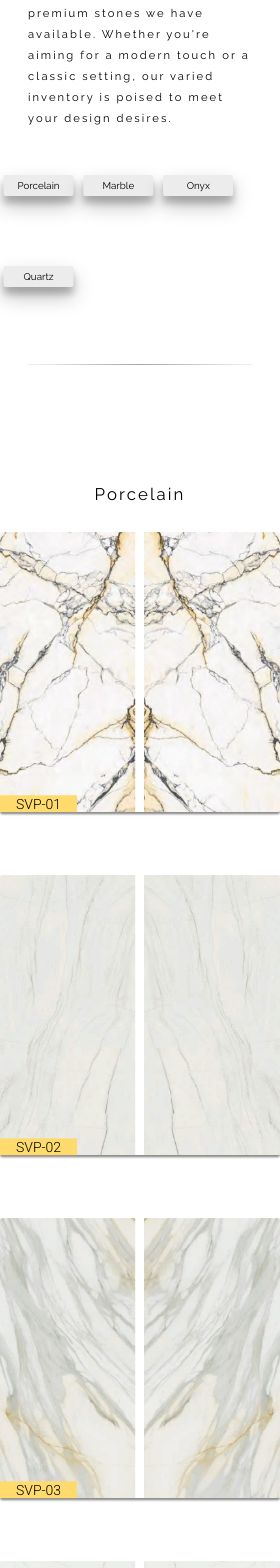
Repository: shayanabedi98/Stones-Village
Page: inventory.html
These files come from the project's save history. The page is drawn as it stood at one moment and after the next save; the edit follows.
The browser window is 375 px wide. The page is 400 px wide, so the pictures cover 400 px, including what lies to the right of the window. The pictures show the part of the page from y = 623 to 2863 px (the page is 27723 px tall before and 27593 px after), at 70% of full size.

Above is the page before, as saved 2023-11-06 17:22:12.
Console error: TypeError: Cannot read properties of null (reading 'style')

### inventory.html
<!DOCTYPE html>
<html lang="en">
<head>
    <meta charset="UTF-8">
    <meta name="viewport" content="width=device-width, initial-scale=1.0">
    <meta name="description" content="Stones Village: Premier stone supplier, fabricator, and installer in Concord, Ontario. Experience superior quality and craftsmanship in stone fabrication.">
    <meta name="keywords" content="Stones Village, Stone Supplier Concord, Ontario, Granite, Marble, Onyx, Quartz, Porcelain, Stone Fabrication">
    <title>Stones Village | Inventory</title>
    <link rel="preconnect" href="https://fonts.googleapis.com">
    <link rel="preconnect" href="https://fonts.gstatic.com" crossorigin>
    <link href="https://fonts.googleapis.com/css2?family=Raleway&display=swap" rel="stylesheet">
    <link rel="icon" href="./resources/sv-cube.png" type="image/png">
    <link rel="shortcut icon" href="./resources/sv-cube.png" type="image/png">
    <link rel="stylesheet" href="styles.css">
    <link rel="stylesheet" href="media.css">
    <link rel="preconnect" href="https://fonts.googleapis.com">
    <link rel="preconnect" href="https://fonts.gstatic.com" crossorigin>
    <link href="https://fonts.googleapis.com/css2?family=Roboto:wght@300&display=swap" rel="stylesheet">
</head>
<body class="inventory-body">
    <div class="navbar">
        <div class="logo">
            <img id="logo-name" src="./resources/sv-name.png" alt="Company name">
            <img id="logo-cube" src="./resources/sv-cube.png" alt="Company logo">
        </div>
        <div class="navbar-menu">
            <ul>
                <li><a href="./">Home</a></li>
                <li><a href="./inventory">Inventory</a></li>
                <li><a href="./gallery">Gallery</a></li>
                <li><a href="./about-us">About Us</a></li>
                <li><a href="./contact">Contact</a></li>
            </ul>
            <div class="phone-menu-button">
                <img src="./resources/align-justify-svgrepo-com.png" alt="Menu Button">
            </div>
            <div class="close-navbar-menu-mobile">
                <img src="./resources/close-svgrepo-com.png" alt="Close menu button">
            </div>
        </div>
        <div class="navbar-menu-mobile">
            <ul>
                <li><a href="./">Home</a></li>
                <li><a href="./inventory">Inventory</a></li>
                <li><a href="./gallery">Gallery</a></li>
                <li><a href="./about-us">About Us</a></li>
                <li><a href="./contact">Contact</a></li>
            </ul>
            <div class="navbar-links-mobile">
                <button id="tel">
                    <a href="tel:+14372375062">
                        <img src="./resources/icons8-phone-100.png" alt="Contact By Number">
                    </a>
                </button>
                <button id="instagram">
                    <a target="_blank" href="https://www.instagram.com/stonesvillage/">
                        <img src="./resources/iglogo.png" alt="Visit Instagram page">
                    </a>
                </button>
            </div>
        </div>
        <div class="navbar-links">
            <!-- <button id="tel">
                <a href="tel:+14372375062">
                    <img src="./resources/icons8-phone-100.png" alt="Contact By Number">
                    437 237 5062
                </a>
            </button> -->
            <button id="instagram">
                <a target="_blank" href="https://www.instagram.com/stonesvillage/">
                    <img src="./resources/iglogo.png" alt="Visit Instagram page">
                </a>
            </button>
        </div>
    </div>
    <div class="inventory-container">
        <div class="inventory-text">
            <h1>Inventory Showcase</h1>
            <p>Dive into our carefully curated inventory, where each stone speaks of nature's unparalleled beauty and grandeur. Presented in an organized grid, each square reveals a unique stone with its distinct patterns, colors, and textures crafted by nature over countless years. This layout is designed for easy exploration, enabling you to swiftly navigate and choose from the premium stones we have available. Whether you're aiming for a modern touch or a classic setting, our varied inventory is poised to meet your design desires.</p>
        </div>
        <div class="mini-nav">
            <div class="mini-nav-buttons">
                <a class="smooth-scroll" href="#porcelain"><button>Porcelain</button></a>
                <a class="smooth-scroll" href="#marble"><button>Marble</button></a>
                <a class="smooth-scroll" href="#onyx"><button>Onyx</button></a>
                <a class="smooth-scroll" href="#quartz"><button>Quartz</button></a>
            </div>
        </div>
        <div class="inventory-showcase">
            <hr id="porcelain">
            <h2>Porcelain</h2>
            <div class="porcelain">
                <div class="item-p svp-01">
                    <p class="name">SVP-01</p>
                </div>
                <div class="item-p svp-02">
                    <p class="name">SVP-02</p>
                </div>
                <div class="item-p svp-03">
                    <p class="name">SVP-03</p>
                </div>
                <div class="item-p svp-04">
                    <p class="name">SVP-04</p>
                </div>
                <div class="item-p svp-05">
                    <p class="name">SVP-05</p>
                </div>
                <div class="item-p svp-06">
                    <p class="name">SVP-06</p>
                </div>
                <div class="item-p svp-07">
                    <p class="name">SVP-07</p>
                </div>
                <div class="item-p svp-08">
                    <p class="name">SVP-08</p>
                </div>
                <div class="item-p svp-09">
                    <p class="name">SVP-09</p>
                </div>
                <div class="item-p svp-10">
                    <p class="name">SVP-10</p>
                </div>
                <div class="item-p svp-11">
                    <p class="name">SVP-11</p>
                </div>
                <div class="item-p svp-12">
                    <p class="name">SVP-12</p>
                </div>
                <div class="item-p svp-13">
                    <p class="name">SVP-13</p>
                </div>
                <div class="item-p svp-14">
                    <p class="name">SVP-14</p>
                </div>
                <div class="item-p svp-15">
                    <p class="name">SVP-15</p>
                </div>
                <div class="item-p svp-16">
                    <p class="name">SVP-16</p>
                </div>
                <div class="item-p svp-17">
                    <p class="name">SVP-17</p>
                </div>
                <div class="item-p svp-18">
                    <p class="name">SVP-18</p>
                </div>
                <div class="item-p svp-19">
                    <p class="name">SVP-19</p>
                </div>
            </div>
            <hr id="marble">
            <h2>Marble</h2>
            <div class="marble">
                <div class="item svm-01">
                    <p class="name">SVM-01</p>
                </div>
                <div class="item svm-02">
                    <p class="name">SVM-02</p>
                </div>
                <div class="item svm-03">
                    <p class="name">SVM-03</p>
                </div>
                <div class="item svm-04">
                    <p class="name">SVM-04</p>
                </div>
            </div>
            <hr id="onyx">
            <h2>Onyx</h2>
            <div class="onyx">
                <div class="item svo-01">
                    <p class="name">SVO-01</p>
                </div>
                <div class="item svo-02">
                    <p class="name">SVO-02</p>
                </div>
                <div class="item svo-03">
                    <p class="name">SVO-03</p>
                </div>
                <div class="item svo-04">
                    <p class="name">SVO-04</p>
                </div>
                <div class="item svo-05">
                    <p class="name">SVO-05</p>
                </div>
                <div class="item svo-06">
                    <p class="name">SVO-06</p>
                </div>
                <div class="item svo-07">
                    <p class="name">SVO-07</p>
                </div>
                <div class="item svo-08">
                    <p class="name">SVO-08</p>
                </div>
                <div class="item svo-09">
                    <p class="name">SVO-09</p>
                </div>
                <div class="item svo-10">
                    <p class="name">SVO-10</p>
                </div>
                <div class="item svo-11">
                    <p class="name">SVO-11</p>
                </div>
                <div class="item svo-12">
                    <p class="name">SVO-12</p>
                </div>
                <div class="item svo-13">
                    <p class="name">SVO-13</p>
                </div>
                <div class="item svo-14">
                    <p class="name">SVO-14</p>
                </div>
                <div class="item svo-15">
                    <p class="name">SVO-15</p>
                </div>
                <div class="item svo-16">
                    <p class="name">SVO-16</p>
                </div>
                <div class="item svo-17">
                    <p class="name">SVO-17</p>
                </div>
                <div class="item svo-18">
                    <p class="name">SVO-18</p>
                </div>
                <div class="item svo-19">
                    <p class="name">SVO-19</p>
                </div>
                <div class="item svo-20">
                    <p class="name">SVO-20</p>
                </div>
                <div class="item svo-21">
                    <p class="name">SVO-21</p>
                </div>
                <div class="item svo-22">
                    <p class="name">SVO-22</p>
                </div>
                <div class="item svo-23">
                    <p class="name">SVO-23</p>
                </div>
                <div class="item svo-24">
                    <p class="name">SVO-24</p>
                </div>
                <div class="item svo-25">
                    <p class="name">SVO-25</p>
                </div>
                <div class="item svo-26">
                    <p class="name">SVO-26</p>
                </div>
                <div class="item svo-27">
                    <p class="name">SVO-27</p>
                </div>
                <div class="item svo-28">
                    <p class="name">SVO-28</p>
                </div>
                <div class="item svo-29">
                    <p class="name">SVO-29</p>
                </div>
                <div class="item svo-30">
                    <p class="name">SVO-30</p>
                </div>
                <div class="item svo-31">
                    <p class="name">SVO-31</p>
                </div>
                <div class="item svo-32">
                    <p class="name">SVO-32</p>
                </div>
                <div class="item svo-33">
                    <p class="name">SVO-33</p>
                </div>
                <div class="item svo-34">
                    <p class="name">SVO-34</p>
                </div>
                <div class="item svo-35">
                    <p class="name">SVO-35</p>
                </div>
                <div class="item svo-36">
                    <p class="name">SVO-36</p>
                </div>
                <div class="item svo-37">
                    <p class="name">SVO-37</p>
                </div>
                <div class="item svo-38">
                    <p class="name">SVO-38</p>
                </div>
                <div class="item svo-39">
                    <p class="name">SVO-39</p>
                </div>
            </div>
            <hr id="quartz">
            <h2>Quartz</h2>
            <div class="quartz">
                <div class="item svq-01">
                    <p class="name">SVQ-01</p>
                </div>
                <div class="item svq-02">
                    <p class="name">SVQ-02</p>
                </div>
                <div class="item svq-03">
                    <p class="name">SVQ-03</p>
                </div>
                <div class="item svq-04">
                    <p class="name">SVQ-04</p>
                </div>
                <div class="item svq-05">
                    <p class="name">SVQ-05</p>
                </div>
            </div>
        </div>
    </div>
    <footer class="inventory not-home">
        <div class="navbar-menu">
            <ul>
                <li><a href="./">Home</a></li>
                <li><a href="./inventory">Inventory</a></li>
                <li><a href="./gallery">Gallery</a></li>
                <li><a href="./about-us">About Us</a></li>
                <li><a href="./contact">Contact</a></li>
            </ul>
            <p>Copyright © 2023 Shayan Abedi, Stones Village Inc.</p>
        </div>
    </footer>
    <script src="./index.js"></script>
    <script src="./inventory.js"></script>
</body>
</html>

### media.css
@media (max-width: 1700px) {
    /* Contact */

    .contact-map h3 {
        width: 90%;
        margin: 20px auto;
    }

    iframe {
        width: 550px;
        height: 350px;
    }
}

@media (max-width: 1440px) {

    /* Home */

    .banner-overlay p {
        font-size: 70px;
    }

    .logo {
        padding: 0 10px 0 10px;
    }

    .card-container {
        width: 95%;
    }

    .summary-container {
        width: 85%;
    }

    .example-container {
        width: 85%;
    }

    /* Gallery */

    .gallery-showcase {
        grid-template-columns: repeat(3, 1fr);
    }
}

@media (max-width: 1160px) {

    /* Home */

    .navbar-menu a {
        font-size: 15px;
    }

    /* About */

   .about-history {
        grid-template-columns: none;
        grid-template-rows: 0.3fr 1fr;
    }

    .about-services {
        grid-template-columns: none;
        grid-template-rows: 0.5fr 1fr;
    }

    .about-text {
        order: 1;
    }

    .about-image {
        padding: 40px 0;
    }

    .about-image img {
        width: 60%;
    }

    #denver {
        height: 330px;
        width: 80%;
        object-fit: cover;
    }

    /* Contact */


    .contact-banner {
        height: 160vh;
    }
    .contact-banner-overlay {
        height: 160vh;
        grid-template-rows: 1fr 1fr;
        grid-template-columns: none;
    }

    .contact-form {
        margin-top: 100px;
    }

    .contact-map {
        width: 90%;
    }

    iframe {
        width: 100%;
        height: 350px;
    }

        /* Gallery */

    .gallery-showcase {
        grid-template-columns: repeat(2, 1fr);
    }
}

@media (max-width: 1024px) {

    /* Home */

    .navbar-menu a {
        font-size: 13px;
        margin: 0 1em;
    }

    .card-container {
        width: 95%;
    }

    .card {
        width: 85%;
        height: 90%;
    }

    .card img {
        height: 6em;
    }

    .card-description {
        font-size: 14px;
        line-height: 22px;
    }

    .summary-container {
        width: 90%;
    }

    .summary-text p {
        font-size: 13px;
    }

    .summary-image img {
        height: 450px;
    }

    .example-container {
        width: 90%;
    }

    .example-pictures {
        width: 300px;
        height: 300px;
    }

    .example-pictures img {
        height: 150px;
        width: 150px;
    }

    .example-description p {
        line-height: 40px;
        font-size: 13px;
        margin-top: 50px;
    }

    #example-instagram {
        width: 140px;
        height: 50px;
        border-radius: 2px;
    }
}

@media (max-width: 900px) {

    /* Home */
    .navbar {
        grid-template-columns: 1fr 0.5fr;
    }

    .navbar-menu-mobile {
        width: 100%;
        grid-column: span 2;
    }

    #logo-name {
        height: 20px;
    }

    #logo-cube {
        height: 30px;
    }

    .navbar-links {
        display: none;
    }

    .navbar-menu ul {
        display: none;
    }

    .phone-menu-button {
        display: grid;
        align-items: center;
    }



    .banner-overlay p {
        font-size: 50px;
        width: 95%;
    }

    .banner-overlay h1 {
        width: 90%;
        top: 160px;
        font-size: 30px;
        line-height: 60px;
    }

    .banner-overlay {
        grid-template-rows: 0.1fr 0.4fr 1fr;
    }

    .banner-overlay span {
        font-size: 20px;
    }

    .banner-overlay button {
        font-size: 16px;
        width: 150px;
        height: 50px;
    }

    .title {
        text-align: center;
    }

    .card-container {
        grid-template-rows: repeat(4, 1fr);
        grid-template-columns: none;
    }

    .card-title {
        margin-top: 100px;
        margin-bottom: 0;
    }

    .card {
        padding: 10px;
        width: 70%;
        height: 300px;
        margin: 20px auto;
    }

    .summary-container {
        grid-template-columns: none;
        grid-template-rows: 1fr 1fr;
        justify-items: center;
    }

    .summary-image {
        text-align: center;
        margin-bottom: 50px;
    }

    .summary-image {
        height: 400px;
    }

    .summary-image img {
        height: 380px;
    }

    .summary-text {
        order: 1;
    }

    .example-container {
        grid-template-rows: 1fr;
        grid-template-columns: none;
        justify-items: center;
    }

    .example-pictures {
        height: 250px;
    }

    .example-content .title {
        order: 1;
        margin-top: 150px;
    }

    #example-instagram {
        margin-top: 80px;
        height: 60px;
        width: 160px;
    }



    /* About Us */



    /* Contact */

    .contact-container input {
        font-size: 14px;
    }


    .contact-form {
        width: 80%;
        margin-top: 100px;
    }

    .contact-form h1 {
        font-size: 26px;
    }

    .contact-form h2 {
        font-size: 18px;
    }

    #input-name, #input-email, #input-msg {
        width: 90%;
    }

    .contact-map h3 {
        width: 90%;
        margin: 0 auto;
    }

    iframe {
        margin-top: 50px;
        width: 90%;
        height: 220px;
    }



    /* Inventory */

    .marble, .onyx, .porcelain, .granite, .quartz {
        grid-template-columns: 1fr;
    }
}

@media (max-width: 720px) {

    /* Gallery */

    .gallery-heading p {
        font-size: 14px;
    }

    .gallery-showcase {
        grid-template-columns: 1fr;
        padding: 0;
    }
}

@media (max-width: 500px) {

    /* Home */

    .banner-overlay p {
        font-size: 45px
    }

    .summary-container {
        grid-template-rows: 0.5fr 1fr;
    }

    .summary-image {
        margin-bottom: 60px;
    }

    /* About */

    .about-container {
        top: 100px;
    }

    #about-heading {
        font-size: 13px;
        width: 95%;
    }

    .about-services {
        grid-template-columns: none;
        grid-template-rows: 0.2fr 1fr;
    }

    .about-text p {
        font-size: 13px;
    }

    .about-image {
        padding: 40px 0;
    }

    .about-image img {
        width: 80%;
    }

    .mini-nav a button {
        font-size: 14px;
        width: 100px;
    }

}

@media (max-width: 425px) {

    /* Home */

    .summary-image img {
        height: 320px;
    }

    .summary-image {
        margin-bottom: 0;
    }

    .example-pictures, .example-pictures img {
        height: 130px;
        width: 130px;
    }

    .example-content .title {
        margin-top: 210px;
        margin-bottom: 0;
    }

    /* Inventory */

    .item {
        width: 300px;
        height: 250px;
    }

    .item p {
        top: 240px;
    }
}

@media (max-width: 400px) {

    /* Gallery */

    .gallery-item img {
        height: 280px;
        width: 280px;
        margin: 20px 0;
    }

}

@media (max-width: 375px) {

    /* Inventory */

    .mini-nav a button {
        font-size: 14px;
        height: 30px;
        margin: 50px 5px;
    }
}


@media (max-height:850px) {
    .banner1 {
        background-size: 2060px !important;
        background-position: 2000px !important;
    }

    .banner2 {
        background-size: 2060px !important;
        background-position: 2000px !important;
    }

    .banner3 {
        background-size: 3000px !important;
        background-position: 3000px !important;
    }

    .banner4 {
        background-size: 2060px !important;
        background-position: 2000px !important;
    }

    .banner-overlay h1 {
        top: 150px;
    }

    .card-container {
        width: 85%;
    }

    .contact-form {
        margin-top: 70px;
    }

    .contact-form h1 {
        font-size: 22px;
    }

    .contact-form h2 {
        font-size: 18px;
    }

    #input-name, #input-email, #input-msg {
        font-size: 14px;
    }

    #input-name, #input-email {
        width: 70%;
        height: 10px;
    }

    #input-msg {
        height: 90px;
        width: 70%;
    }

    iframe {
        height: 250px;
    }

}

@media (max-height:820px) {

}

@media (max-height: 780px) {

}

@media (max-height: 720px) {

    .banner-overlay p {
        top: 130px;
    }

    .banner-overlay h1 {
        top: 90px;
    }

    iframe {
        width: 80%;
        height: 200px;
    }
}

@media (max-height: 650px) {

    .banner-overlay p {
        top: 100px;
    }

    .banner-overlay h1 {
        top: 40px;
    }
}

Loaded but not shown: index.js (131 lines, source omitted); inventory.js (61 lines, source omitted); styles.css (1234 lines, source omitted)

After the next save:
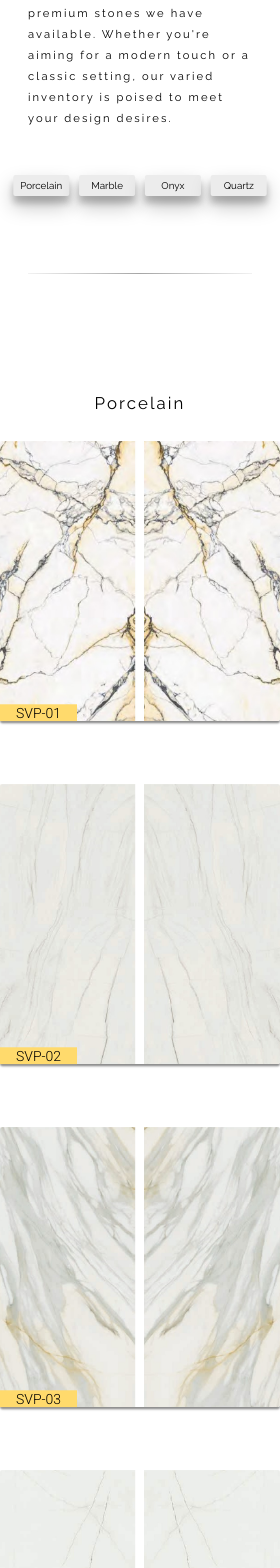
Saved 5 s later.
--- a/media.css
+++ b/media.css
@@ -415,7 +415,7 @@
 
     .mini-nav a button {
         font-size: 14px;
-        width: 100px;
+        width: 60px;
     }
 
 }
